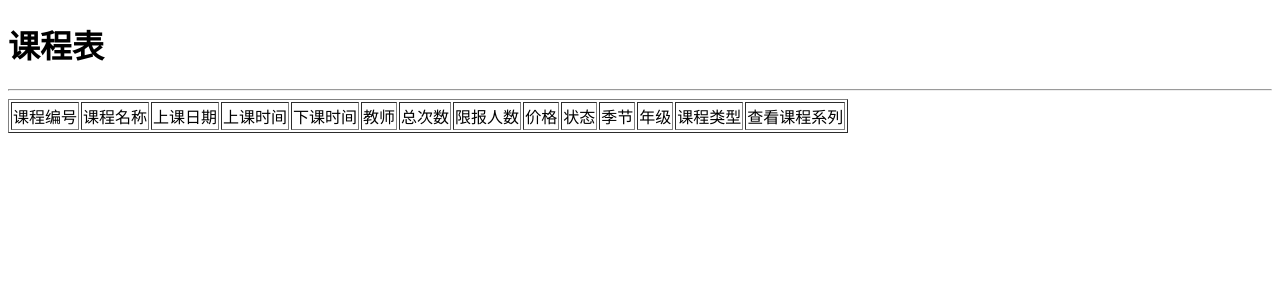
Repository: arkulo56/codeLibrary
Page: http://localhost/firstWeb/courseList.jsp
The author's editor kept a copy of each file at every save. The page is drawn from the files as they stood at one save, then again after the next save.
The browser window is 1280 px wide. The pictures show the whole page.
The page is served by Tomcat 9. Queries for data that is not in the repository find no rows.

Above is the page before, as saved 2016-04-23 03:22:41.

After the next save:
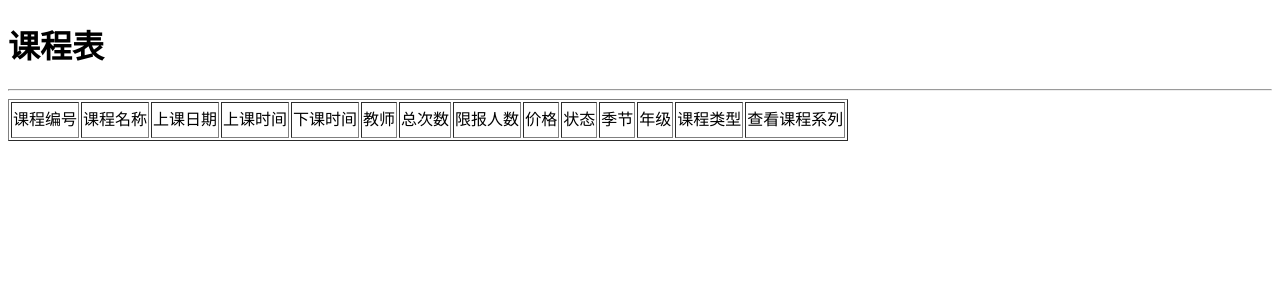
Saved 37 s later.
--- a/java/firstWeb/WebContent/courseList.jsp
+++ b/java/firstWeb/WebContent/courseList.jsp
@@ -11,6 +11,9 @@
 </head>
 <body>
 <h1>课程表</h1>
+<style type="text/css">
+td{line-height: 200%}
+</style>
 <hr>
 
 <table border="1">
